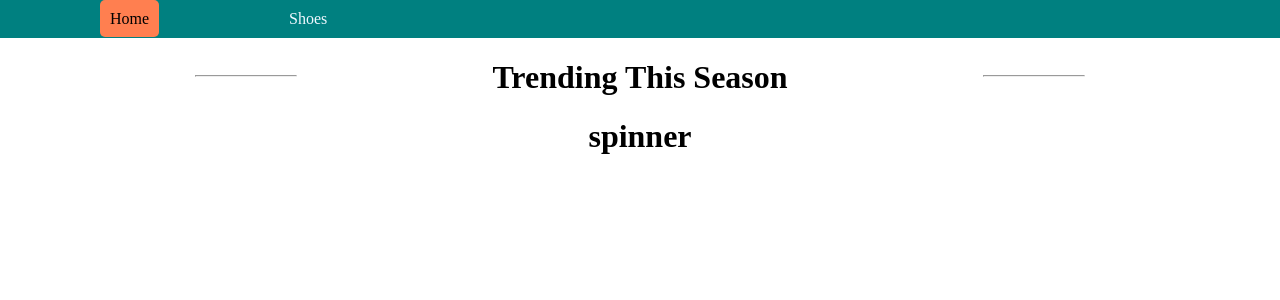
Repository: SalehK98/shop_app
Page: /
The author's editor kept a copy of each file at every save. The page is drawn from the files as they stood at one save, then again after the next save.
The browser window is 1280 px wide. The pictures show the whole page.
The page's requests for data from a server got no answer. The project was rebuilt for these pictures with package versions that can differ from the ones it lists, and the page was loaded fresh each time. No one was signed in, and anything a server would have sent is missing. Also part of the build but not shown: src/components/ShoeCard/ShoeCard.jsx, src/pages/Shoes/Shoes.jsx, src/pages/Shoe/Shoe.jsx, src/pages/Error/Error.jsx. Imported but missing from the stored project, and not drawn on this page: src/assets/video/preview.mp4.

Above is the page before, as saved 2023-02-28 11:18:46.

After the next save:
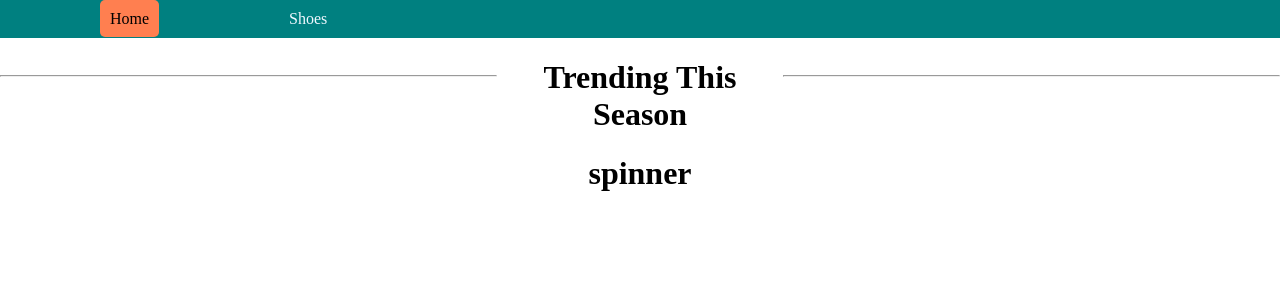
Saved 18 s later.
--- a/src/pages/Home/Home.jsx
+++ b/src/pages/Home/Home.jsx
@@ -53,9 +53,9 @@ export default function Home() {
       /> */}
       {/* {playVideo()} */}
       <h1 style={{ display: "flex", textAlign: "center  " }}>
-        <hr width="100px" style={{ height: "0" }} />
+        <hr width="40%" style={{ height: "0" }} />
         Trending This Season
-        <hr width="100px" style={{ height: "0" }} />
+        <hr width="40%" style={{ height: "0" }} />
       </h1>
 
       {data ? (
